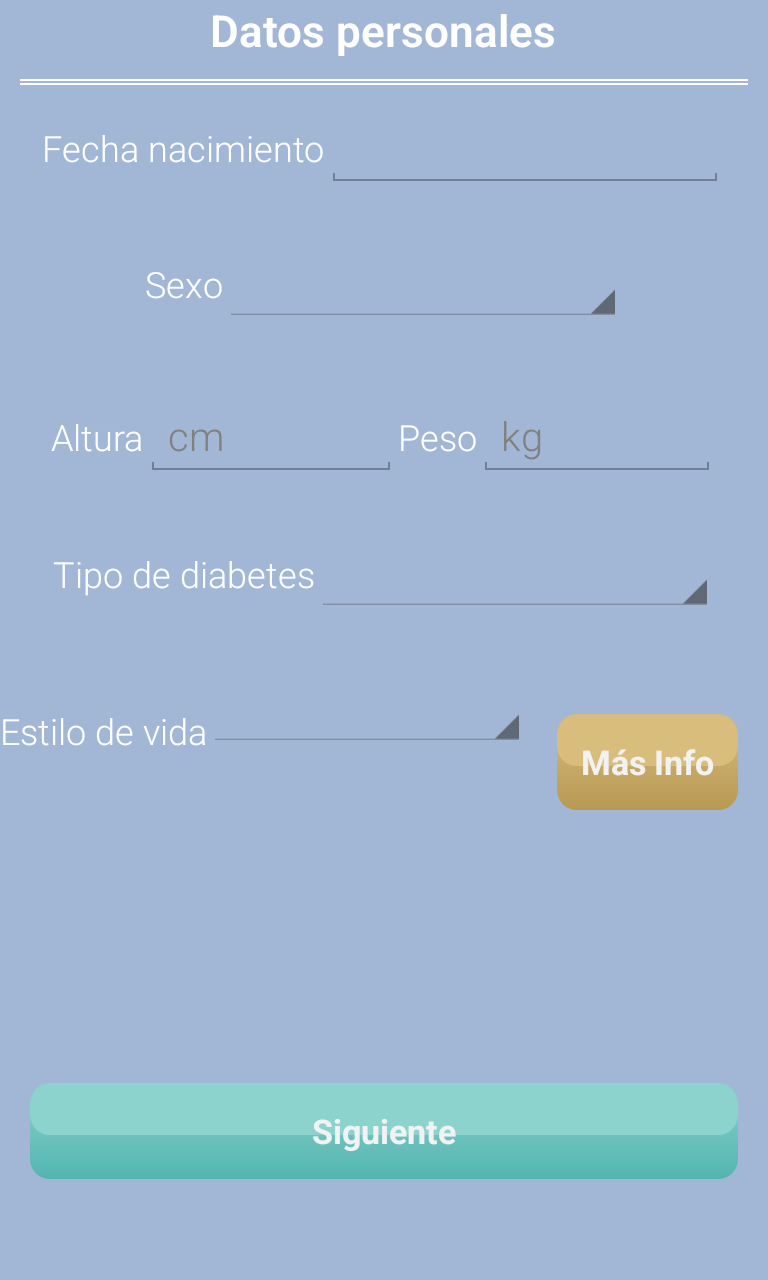
Repository: HectorGarciaMiguel/ssii-diabetes-060036
Layout: SeguimientoDiabetes/res/layout/activity_configuracion1.xml
An editor plug-in stored every save of this project. The layout is shown before and after the next save, followed by the edit.
It is drawn on a 768 x 1280 px phone screen (xhdpi) without system bars, with theme AppTheme; the app's code is not run.

Above is the layout before, as saved 2015-11-19 20:09:31.

### SeguimientoDiabetes/res/layout/activity_configuracion1.xml
<LinearLayout xmlns:android="http://schemas.android.com/apk/res/android"
    xmlns:tools="http://schemas.android.com/tools"
    android:layout_width="fill_parent"
    android:layout_height="fill_parent"
    android:orientation="vertical"
    android:layout_margin="5dp"
    tools:context=".Configuracion1Activity" >

    <LinearLayout
        android:layout_width="fill_parent"
        android:layout_height="wrap_content"
        android:orientation="horizontal"
        android:gravity="center" >

        <TextView
            android:id="@+id/textView0"
            style="@style/RobotoStyleTextViewNegrita"
            android:layout_width="wrap_content"
            android:layout_height="wrap_content"
            android:text="Datos personales" />

    </LinearLayout>

          <View
              android:layout_width="wrap_content"
              android:layout_height="1dp"
              android:layout_marginBottom="1dp"
              android:layout_marginLeft="10dp"
              android:layout_marginRight="10dp"
              android:layout_marginTop="10dp"
              android:background="#FFFFFF" />

          <View
              android:layout_width="wrap_content"
              android:layout_height="1dp"
              android:layout_marginBottom="10dp"
              android:layout_marginLeft="10dp"
              android:layout_marginRight="10dp"
              android:background="#FFFFFF" />

    <LinearLayout
        android:layout_width="fill_parent"
        android:layout_height="wrap_content"
        android:orientation="horizontal"
        android:gravity="center_horizontal"
        android:layout_weight="0.5" >

        <TextView
            android:id="@+id/textView1"
            android:layout_width="wrap_content"
            android:layout_height="wrap_content"
            android:text="Fecha nacimiento" />

        <EditText
            android:id="@+id/editText1"
            android:layout_width="200dp"
            android:layout_height="wrap_content"
            android:inputType="date"
            android:onClick="lanzarFecha" >

        </EditText>

    </LinearLayout>

    <LinearLayout
        android:layout_width="wrap_content"
        android:layout_height="wrap_content"
        android:orientation="horizontal"
        android:layout_gravity="center_horizontal"
        android:layout_weight="0.5" >

        <TextView
            android:id="@+id/textView2"
            android:layout_width="wrap_content"
            android:layout_height="wrap_content"
            android:text="Sexo" />

           <Spinner
              	android:id="@+id/CmbOpciones1"
				android:layout_width="200dp"
               	android:layout_height="wrap_content" />

    </LinearLayout>

    <LinearLayout
        android:layout_width="fill_parent"
        android:layout_height="wrap_content"
        android:orientation="horizontal"
        android:gravity="center_horizontal"
        android:layout_weight="0.5"
        android:dividerPadding="10dp">

        <TextView
            android:id="@+id/textView4"
            android:layout_width="wrap_content"
            android:layout_height="wrap_content"
            android:text="Altura" />

        <EditText
            android:id="@+id/editText2"
            android:layout_width="wrap_content"
            android:layout_height="wrap_content"
            android:hint="cm               "
            android:inputType="number" />

        <TextView
            android:id="@+id/textView3"
            android:layout_width="wrap_content"
            android:layout_height="wrap_content"
            android:text="Peso" />

        <EditText
            android:id="@+id/editText3"
            android:layout_width="wrap_content"
            android:layout_height="wrap_content"
            android:hint="kg               "
            android:inputType="numberDecimal" />

    </LinearLayout>

    <LinearLayout
        android:layout_width="fill_parent"
        android:layout_height="wrap_content"
        android:orientation="horizontal"
        android:gravity="center_horizontal"
        android:layout_weight="0.5" >

        <TextView
            android:id="@+id/textView5"
            android:layout_width="wrap_content"
            android:layout_height="wrap_content"
            android:text="Tipo de diabetes" />

        <Spinner
            android:id="@+id/CmbOpciones2"
            android:layout_width="200dp"
            android:layout_height="wrap_content"/>

    </LinearLayout>

    <LinearLayout
        android:layout_width="fill_parent"
        android:layout_height="wrap_content"
        android:orientation="horizontal"
        android:gravity="center_horizontal"
        android:layout_weight="1.5">

        <TextView
            android:id="@+id/textView6"
            android:layout_width="wrap_content"
            android:layout_height="wrap_content"
            android:text="Estilo de vida" />

        <Spinner
            android:id="@+id/CmbOpciones3"
			android:layout_width="160dp"
            android:layout_height="wrap_content" />

        <Button
            android:id="@+id/button1"
            android:background="@drawable/mibotonnaranja"
			style="@style/Boton"
        	android:onClick="lanzarInfo2"
        	android:layout_height="wrap_content"
        	android:text="Más Info" />

    </LinearLayout>

    <LinearLayout
        android:layout_width="fill_parent"
        android:layout_height="wrap_content"
        android:orientation="horizontal"
        android:gravity="center_horizontal"
        android:layout_weight="0.5" >

        <Button
            android:id="@+id/button2"
            style="@style/Boton"
            android:background="@drawable/mibotonverde"
			android:layout_height="wrap_content"
            android:onClick="lanzarConfiguracion2"
            android:text="Siguiente" />

    </LinearLayout>

</LinearLayout>

### SeguimientoDiabetes/res/drawable/mibotonnaranja.xml
<?xml version="1.0" encoding="utf-8"?>
<selector xmlns:android="http://schemas.android.com/apk/res/android" >

 <item android:state_pressed="true">
     <layer-list >
       <item >
           <shape android:shape="rectangle">
            <gradient
  				  android:startColor="#A08648"
                  android:endColor="#806830"
                  android:angle="-90"
                  android:type="linear"
                  />
            <corners android:radius="10dp" />
            </shape>
            </item>
            <item android:top="1dp" android:bottom="22dp" >
 	 <shape android:shape="rectangle">
  				<solid android:color="#A08648"/>
              <corners android:radius="10dp" />

            </shape>
      </item>
      </layer-list>
  </item>




<item android:state_focused="true">
     <layer-list >
       <item >
           <shape android:shape="rectangle">
            <gradient
  				  android:startColor="#A08648"
                  android:endColor="#806830"
                  android:angle="-90"
                  android:type="linear"
                  />
            <corners android:radius="10dp" />
            </shape>
            </item>
            <item android:top="1dp" android:bottom="50px" >
  <shape android:shape="rectangle">
  <solid android:color="#A08648"/>
              <corners android:radius="10dp" />

            </shape>
      </item>
      </layer-list>
  </item>







 <item>
     <layer-list >
       <item >
           <shape android:shape="rectangle">
            <gradient
  				  android:startColor="#D9BD7D"
                  android:endColor="#B79953"
                  android:angle="-90"
                  android:type="linear"
                  />
			<corners android:radius="10dp" />
			</shape>
        </item>
        <item android:top="1dp" android:bottom="22dp" >
  			<shape android:shape="rectangle">
  			<solid android:color="#D9BD7D"/>
       			<corners android:radius="10dp" />
           </shape>
      </item>
      </layer-list>
  </item>
</selector>

### SeguimientoDiabetes/res/drawable/mibotonverde.xml
<?xml version="1.0" encoding="utf-8"?>
<selector xmlns:android="http://schemas.android.com/apk/res/android" >

 <item android:state_pressed="true">
     <layer-list >
       <item >
           <shape android:shape="rectangle">
            <gradient
  				  android:startColor="#104849"
                  android:endColor="#0B393A"
                  android:angle="-90"
                  android:type="linear"
                  />
            <corners android:radius="10dp" />
            </shape>
            </item>
            <item android:top="1dp" android:bottom="22dp" >
 	 <shape android:shape="rectangle">
  				<solid android:color="#104849"/>
              <corners android:radius="10dp" />

            </shape>
      </item>
      </layer-list>
  </item>




<item android:state_focused="true">
     <layer-list >
       <item >
           <shape android:shape="rectangle">
            <gradient
  				  android:startColor="#104849"
                  android:endColor="#0B393A"
                  android:angle="-90"
                  android:type="linear"
                  />
            <corners android:radius="10dp" />
            </shape>
            </item>
            <item android:top="1dp" android:bottom="50px" >
  <shape android:shape="rectangle">
  <solid android:color="#104849"/>
              <corners android:radius="10dp" />

            </shape>
      </item>
      </layer-list>
  </item>







 <item>
     <layer-list >
       <item >
           <shape android:shape="rectangle">
            <gradient
  				  android:startColor="#8CD2CD"
                  android:endColor="#53B5AF"
                  android:angle="-90"
                  android:type="linear"
                  />
			<corners android:radius="10dp" />
			</shape>
        </item>
        <item android:top="1dp" android:bottom="22dp" >
  			<shape android:shape="rectangle">
  			<solid android:color="#8CD2CD"/>
       			<corners android:radius="10dp" />
           </shape>
      </item>
      </layer-list>
  </item>
</selector>

Loaded but not shown: SeguimientoDiabetes/res/values/styles.xml (common file); SeguimientoDiabetes/res/values-v11/styles.xml (common file); SeguimientoDiabetes/res/values-v14/styles.xml (common file)

After the next save:
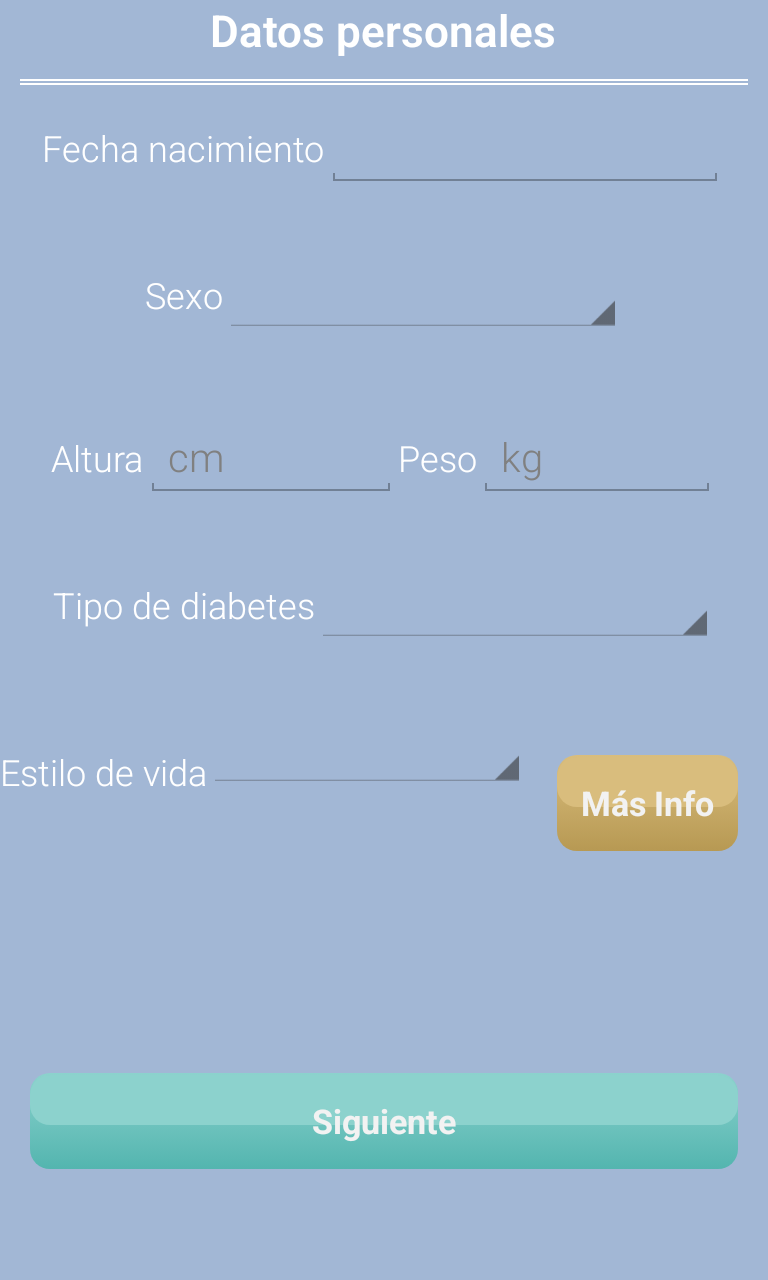
Saved 10 s later.
--- a/SeguimientoDiabetes/res/layout/activity_configuracion1.xml
+++ b/SeguimientoDiabetes/res/layout/activity_configuracion1.xml
@@ -143,7 +143,7 @@
         android:layout_height="wrap_content"
         android:orientation="horizontal"
         android:gravity="center_horizontal"
-        android:layout_weight="1.5">
+        android:layout_weight="1">
 
         <TextView
             android:id="@+id/textView6"
